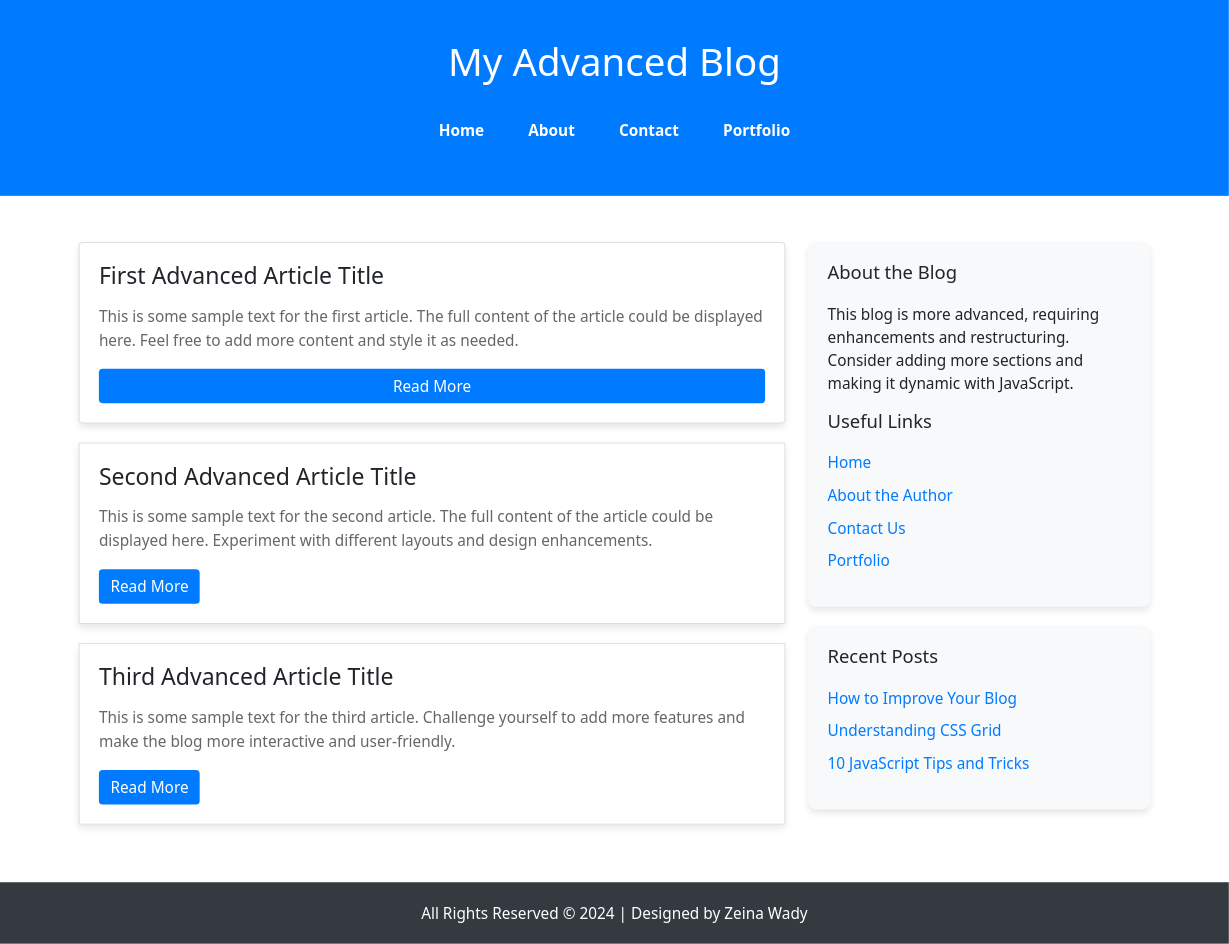
Repository: zeinawady/Blog-Code-Refactoring
Page: index.html
The author's editor kept a copy of each file at every save. The page is drawn from the files as they stood at one save, then again after a run of saves.
The browser window is 1280 px wide. The pictures show the whole page, at 96% of full size.

Above is the page before, as saved 2024-09-23 14:54:05.

### index.html
<!DOCTYPE html>
<html lang="en">
  <head>
    <meta charset="UTF-8" />
    <meta name="viewport" content="width=device-width, initial-scale=1.0" />
    <title>My Advanced Blog</title>
    <link rel="stylesheet" href="style.css">
    <link
      href="https://cdn.jsdelivr.net/npm/bootstrap@5.1.3/dist/css/bootstrap.min.css"
      rel="stylesheet"
    />

  </head>
  <body>
    <header>
      <h1 class="text-center text-white">My Advanced Blog</h1>
      <nav class="navbar navbar-expand-lg bg-body-tertiary">
        <div class="container">

          <button class="navbar-toggler ms-auto" type="button" data-bs-toggle="collapse" data-bs-target="#navbarNavAltMarkup" aria-controls="navbarNavAltMarkup" aria-expanded="false" aria-label="Toggle navigation">
            <span class="navbar-toggler-icon">click</span>
          </button>
          <div class="collapse navbar-collapse justify-content-center" id="navbarNavAltMarkup">
            <div class="navbar-nav">
              <a class="nav-link active text-white" aria-current="page" href="#">Home</a>
              <a class="nav-link text-white" href="#">About</a>
              <a class="nav-link text-white" href="#">Contact</a>
              <a class="nav-link text-white" href="#">Portfolio</a>
            </div>
          </div>
        </div>
      </nav>

    </header>

    <div class="container mt-5">
      <div class="row">
        <div class="col-lg-8">
          <article class="card">
            <h2>First Advanced Article Title</h2>
            <p>
              This is some sample text for the first article. The full content
              of the article could be displayed here. Feel free to add more
              content and style it as needed.
            </p>
            <button class="btn btn-primary">Read More</button>
          </article>
          <article>
            <h2>Second Advanced Article Title</h2>
            <p>
              This is some sample text for the second article. The full content
              of the article could be displayed here. Experiment with different
              layouts and design enhancements.
            </p>
            <button class="btn btn-primary">Read More</button>
          </article>
          <article>
            <h2>Third Advanced Article Title</h2>
            <p>
              This is some sample text for the third article. Challenge yourself
              to add more features and make the blog more interactive and
              user-friendly.
            </p>
            <button class="btn btn-primary">Read More</button>
          </article>
        </div>
        <div class="col-md-4">
          <aside>
            <h3>About the Blog</h3>
            <p>
              This blog is more advanced, requiring enhancements and
              restructuring. Consider adding more sections and making it dynamic
              with JavaScript.
            </p>
            <h3>Useful Links</h3>
            <ul>
              <li><a href="#">Home</a></li>
              <li><a href="#">About the Author</a></li>
              <li><a href="#">Contact Us</a></li>
              <li><a href="#">Portfolio</a></li>
            </ul>
          </aside>
          <aside>
            <h3>Recent Posts</h3>
            <ul>
              <li><a href="#">How to Improve Your Blog</a></li>
              <li><a href="#">Understanding CSS Grid</a></li>
              <li><a href="#">10 JavaScript Tips and Tricks</a></li>
            </ul>
          </aside>
        </div>
      </div>
    </div>

    <footer>
      <p>All Rights Reserved © 2024 | Designed by Zeina Wady</p>
    </footer>

    <script src="https://cdn.jsdelivr.net/npm/bootstrap@5.1.3/dist/js/bootstrap.bundle.min.js"></script>
  </body>
</html>

### style.css
body {
    font-family: Arial, sans-serif;
    background-color: #f4f4f9;
  }
  :root{
    --main-color:#007bff;
  }
  header {
    background-color: var(--main-color);
    /* color: white; */
    padding: 40px 0;
    /* text-align: center; */
    position: relative;
  }
  header::after {
    content: "";
    position: absolute;
    bottom: -20px;
    left: 50%;
    transform: translateX(-50%);
    width: 100px;
    height: 5px;
    background-color: white;
  }
  .navbar {
    display: flex;
    justify-content: center;
    margin-top: 20px;
  }
  nav a {
    color: white;
    margin: 0 15px;
    text-decoration: none;
    font-weight: bold;
  }
  nav a:hover {
    text-decoration: underline;
  }
  article {
    border: 1px solid #ddd;
    margin-bottom: 20px;
    padding: 20px;
    background-color: white;
    box-shadow: 0 4px 8px rgba(0, 0, 0, 0.1);
    transition: transform 0.3s ease, box-shadow 0.3s ease;
  }
 artcile:hover {
    transform: translateY(-5px);
    box-shadow: 0 8px 16px rgba(0, 0, 0, 0.2);
  }
  article h2 {
    font-size: 1.5rem;
    margin-bottom: 15px;
  }
  article p {
    color: #666;
    line-height: 1.6;
  }
  article .btn-primary {
    background-color:var(--main-color);
    border: none;
  }
  article .btn-primary:hover {
    background-color: #0056b3;
  }
  aside {
    background-color: #f8f9fa;
    padding: 20px;
    border-radius: 8px;
    box-shadow: 0 4px 8px rgba(0, 0, 0, 0.1);
    margin-bottom: 20px;
  }
  aside h3 {
    margin-bottom: 20px;
    font-size: 1.2rem;
  }
  aside ul {
    list-style-type: none;
    padding-left: 0;
  }
  aside ul li {
    margin-bottom: 10px;
  }
  aside ul li a {
    color: var(--main-color);
    text-decoration: none;
  }
  aside ul li a:hover {
    text-decoration: underline;
  }
  footer {
    background-color: #343a40;
    color: white;
    text-align: center;
    padding: 20px;
    margin-top: 40px;
  }
  footer p {
    margin: 0;
  }

After the next 2 saves:
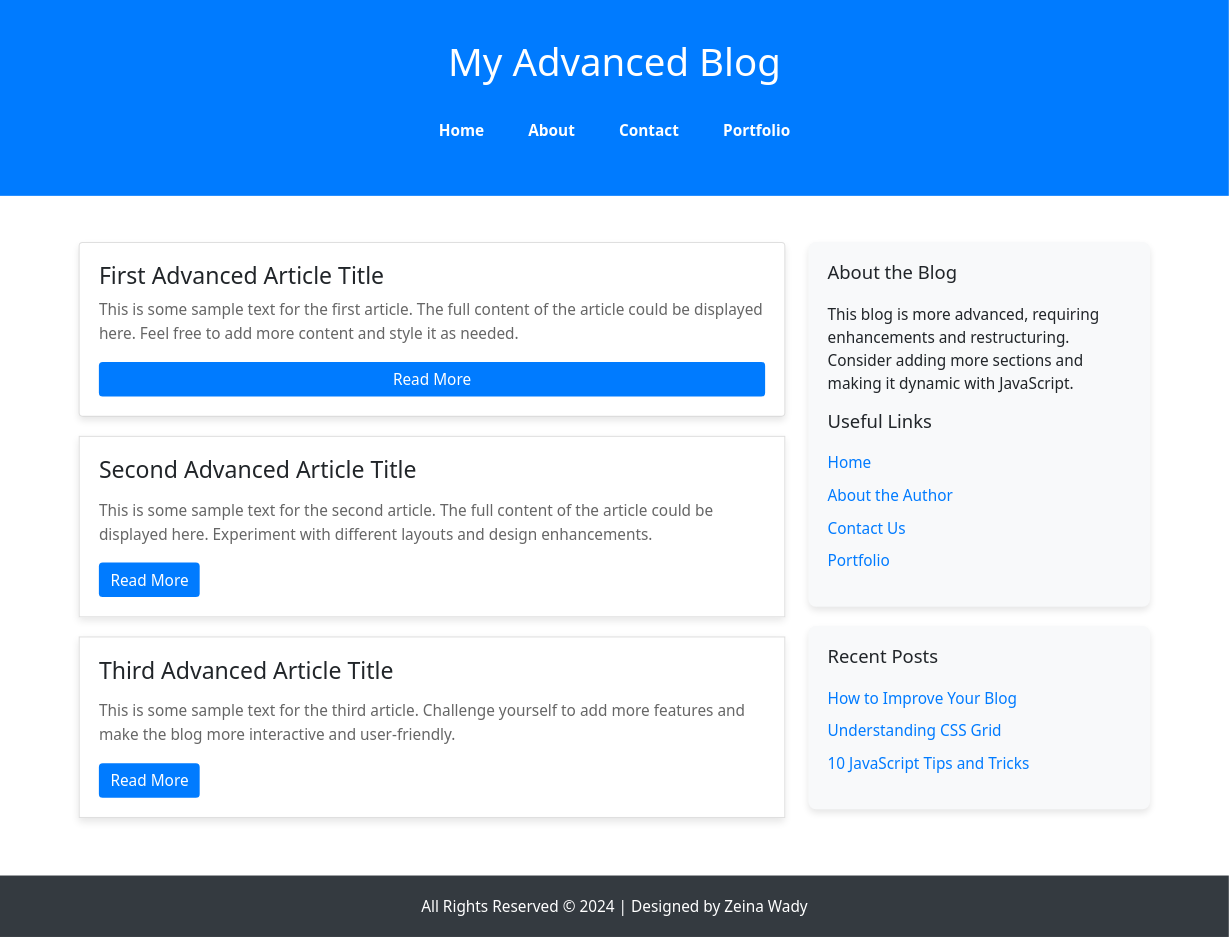
The 2 saves are shown as one change because they came seconds apart.
The last was saved 11 s later.
--- a/index.html
+++ b/index.html
@@ -37,7 +37,7 @@
       <div class="row">
         <div class="col-lg-8">
           <article class="card">
-            <h2>First Advanced Article Title</h2>
+            <h2 class="card-title">First Advanced Article Title</h2>
             <p>
               This is some sample text for the first article. The full content
               of the article could be displayed here. Feel free to add more
